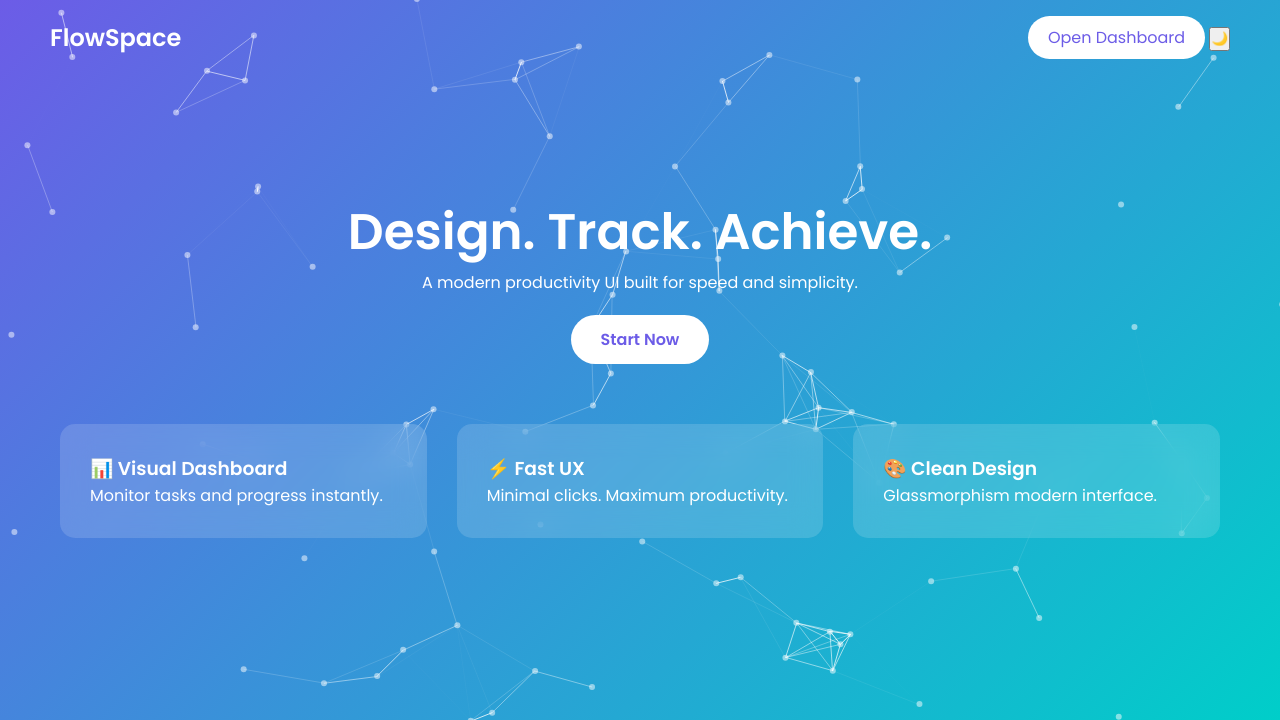
Repository: 07MADARA/flowspace-dashboard
Page: index.html
The author's editor kept a copy of each file at every save. The page is drawn from the files as they stood at one save, then again after a run of saves.
The browser window is 1280 px wide. The pictures show the whole page.

Above is the page before, as saved 2026-03-15 10:00:39.

After the next 2 saves:
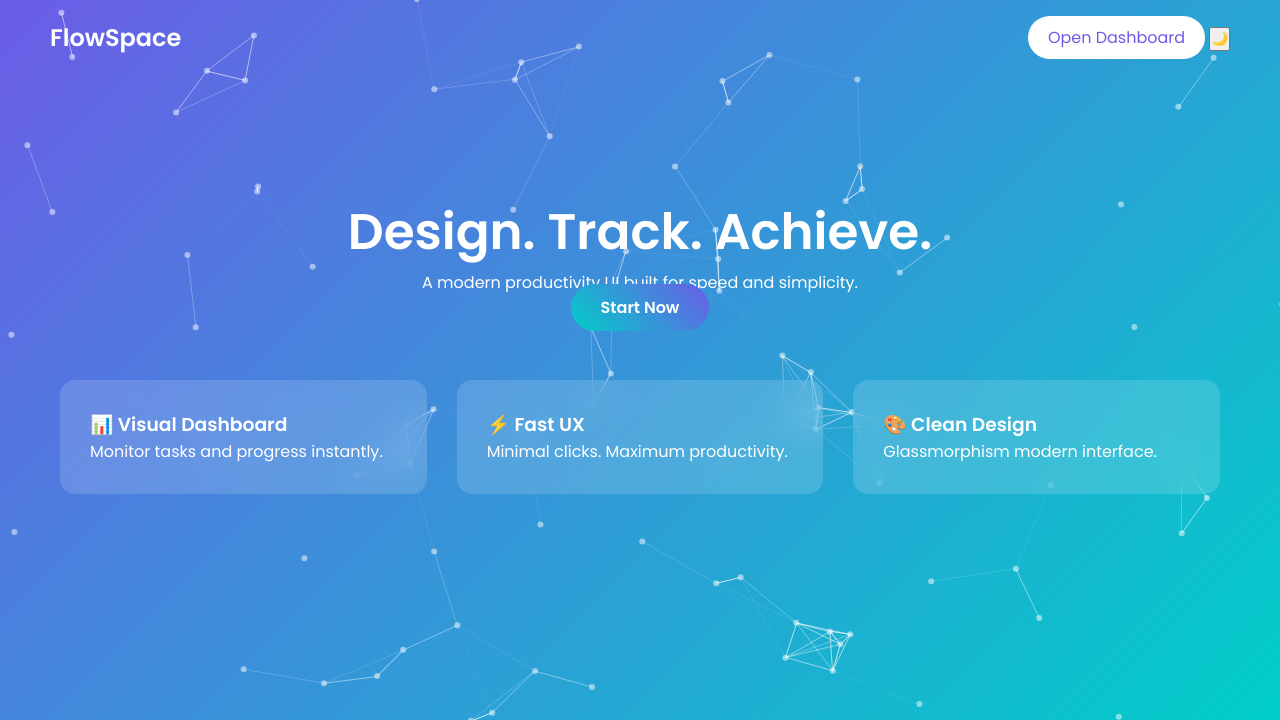
The 2 saves are shown as one change because they came seconds apart.
The last was saved 32 s later.
--- a/css/style.css
+++ b/css/style.css
@@ -67,21 +67,25 @@ font-size:50px;
 
 .cta{
 
-display:inline-block;
-
-margin-top:20px;
-
-background:white;
-
-color:#6C5CE7;
+background:linear-gradient(45deg,#00cec9,#6c5ce7);
 
 padding:12px 30px;
 
 border-radius:30px;
 
+color:white;
+
 text-decoration:none;
 
 font-weight:600;
+
+transition:0.3s;
+
+}
+
+.cta:hover{
+
+transform:scale(1.08);
 
 }
 
